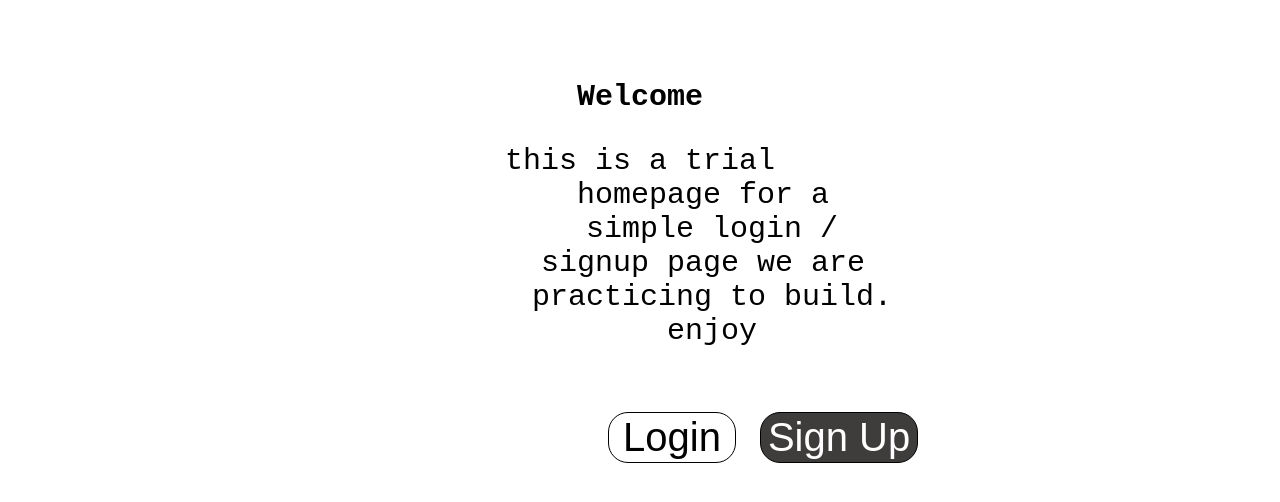
Repository: yhung004/TUTORIAL_PAGE
Page: home.html
The author's editor kept a copy of each file at every save. The page is drawn from the files as they stood at one save, then again after the next save.
The browser window is 1280 px wide. The pictures show the whole page.

Above is the page before, as saved 2024-04-10 02:05:19.

After the next save:
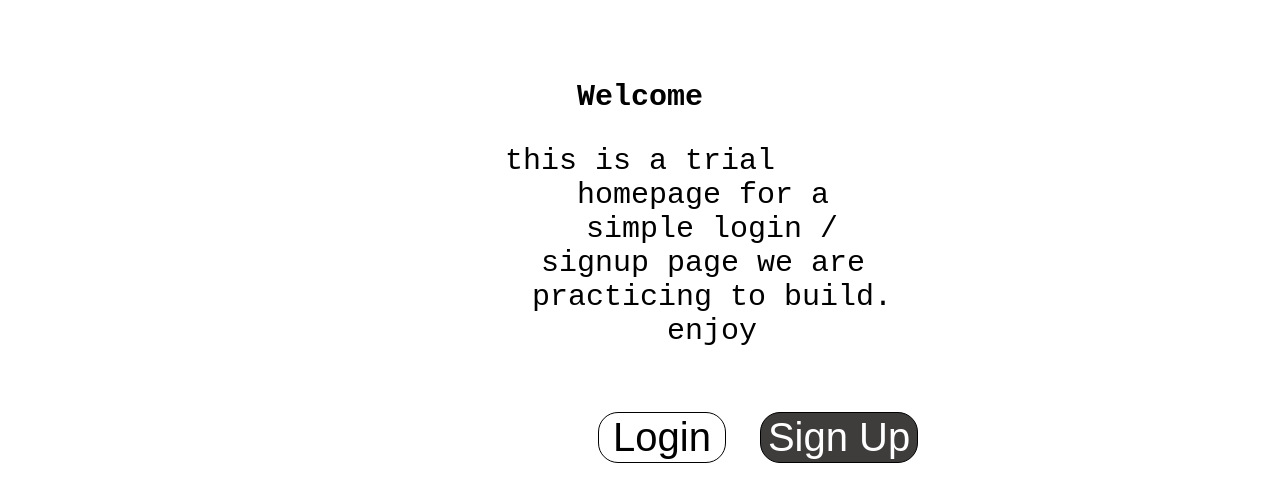
Saved 25 s later.
--- a/main.css
+++ b/main.css
@@ -3,7 +3,6 @@
     font-family: 'Courier New', Courier, monospace;
     font-size: 30px;
     margin-top: 80px;
-    margin-left: auto;
 }
 .welcome_text {
     text-align:center;
@@ -12,7 +11,7 @@
 }
 .button_a {
     position: relative;
-    left: 600px;
+    left: 590px;
     border: 1px solid black;
     background-color:white;
     border-radius: 20px;
